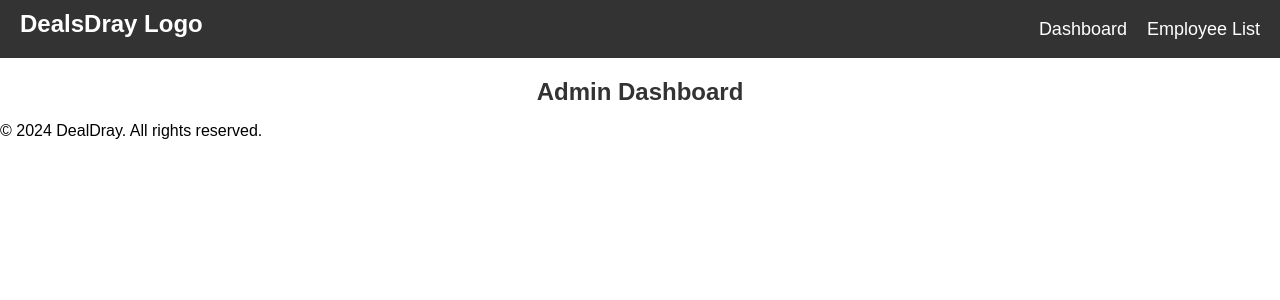
Repository: Mahanandapadavale123/dealsdray
Page: /dashboard (app in frontend/)
An editor plug-in stored every save of this project. The page is shown before and after the next save, followed by the edit.
The browser window is 1280 px wide. The pictures show the whole page.
The page's requests for data from a server got no answer. The project was rebuilt for these pictures with package versions that can differ from the ones it lists, and the page was loaded fresh each time. No one was signed in, and anything a server would have sent is missing. Also part of the build but not shown: frontend/src/views/login.jsx.

Above is the page before, as saved 2024-09-19 13:44:22.

After the next save:
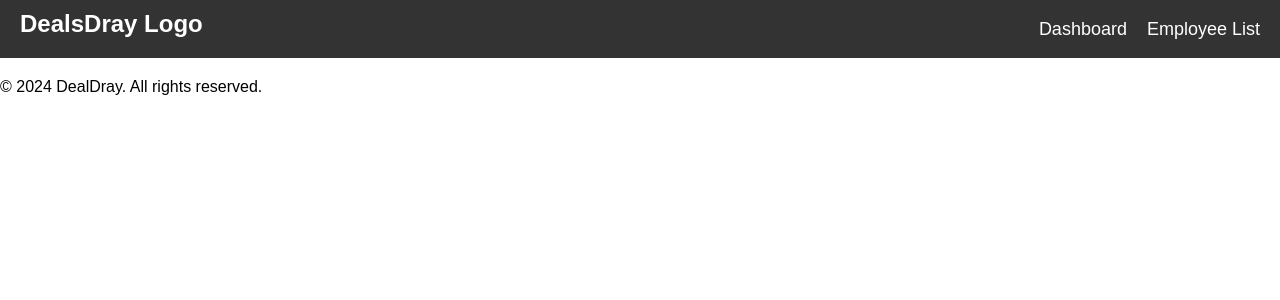
Saved 2 min 46 s later.
--- a/frontend/src/App.js
+++ b/frontend/src/App.js
@@ -2,7 +2,7 @@ import React, { useState, useEffect } from "react";
 import { BrowserRouter as Router, Routes, Route, Navigate } from "react-router-dom";
 import axios from "axios";
 import Login from "./views/login";
-import AdminDashboard from "./views/AdminDashboard";
+import AdminDashboard from "./views/dashboard";
 // import EmployeeList from "./views/EmployeeList";
 
 function App() {
